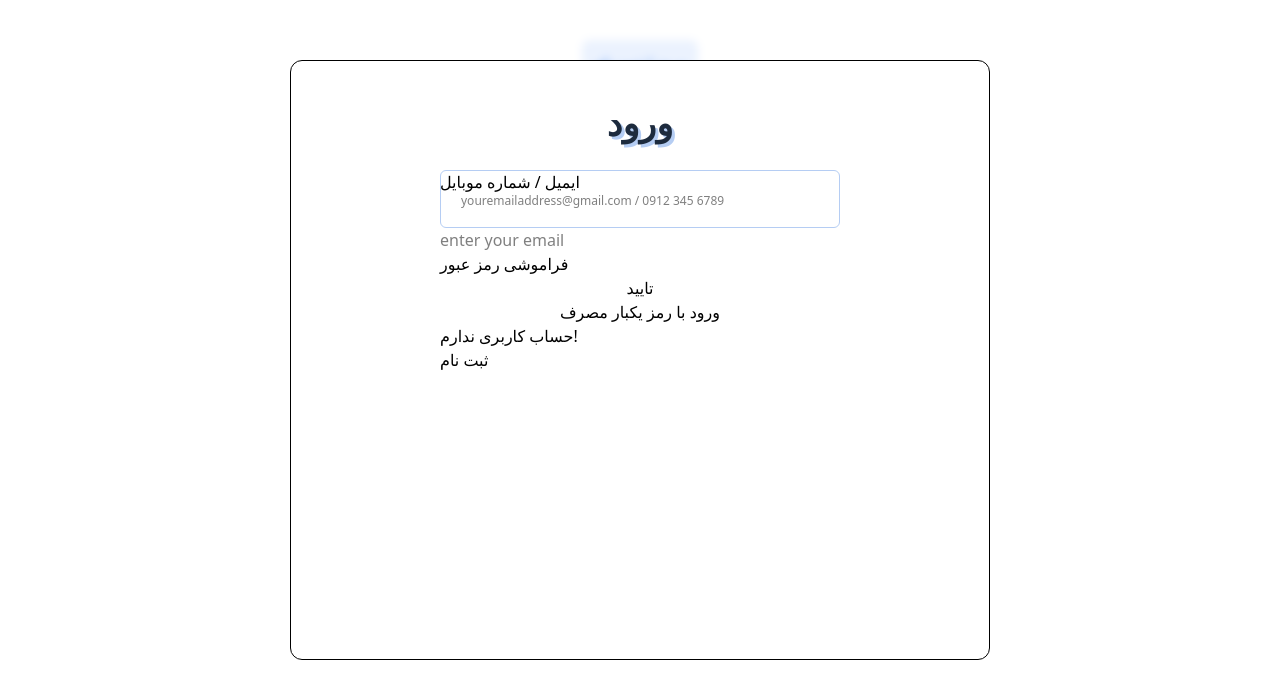
Repository: mohsenSarvariHero/AngularBase
Page: / (app in popup/), after clicking the first element matching `button.rounded-\[8px\]`
The author's editor kept a copy of each file at every save. The page is drawn from the files as they stood at one save, then again after the next save.
The browser window is 1280 px wide. The pictures show the whole page.
The project was rebuilt for these pictures with package versions that can differ from the ones it lists, and the page was loaded fresh each time.

Above is the page before, as saved 2025-03-23 13:16:05.

### popup/src/index.css
@import "tailwindcss";












/* :root {
  font-family: system-ui, Avenir, Helvetica, Arial, sans-serif;
  line-height: 1.5;
  font-weight: 400;

  color-scheme: light dark;
  color: rgba(255, 255, 255, 0.87);
  background-color: #242424;

  font-synthesis: none;
  text-rendering: optimizeLegibility;
  -webkit-font-smoothing: antialiased;
  -moz-osx-font-smoothing: grayscale;
}

a {
  font-weight: 500;
  color: #646cff;
  text-decoration: inherit;
}
a:hover {
  color: #535bf2;
}

body {
  margin: 0;
  display: flex;
  place-items: center;
  min-width: 320px;
  min-height: 100vh;
}

h1 {
  font-size: 3.2em;
  line-height: 1.1;
}

button {
  border-radius: 8px;
  border: 1px solid transparent;
  padding: 0.6em 1.2em;
  font-size: 1em;
  font-weight: 500;
  font-family: inherit;
  background-color: #1a1a1a;
  cursor: pointer;
  transition: border-color 0.25s;
}
button:hover {
  border-color: #646cff;
}
button:focus,
button:focus-visible {
  outline: 4px auto -webkit-focus-ring-color;
}

@media (prefers-color-scheme: light) {
  :root {
    color: #213547;
    background-color: #ffffff;
  }
  a:hover {
    color: #747bff;
  }
  button {
    background-color: #f9f9f9;
  }
} */

### popup/src/App.jsx

import './App.css'
import PopUp from './popUp/PopUp'
import React, { useState } from 'react';
function App() {
  const [showModal, setShowModal] = useState(false);

  return (
    <div className="flex justify-center mt-10 text-amber-50">
     <button className="rounded-[8px] bg-[#EBF2FE] cursor-pointer text-[#3B82F6] p-3" onClick={() => setShowModal(true)}>ورود / ثبت نام</button>

      {showModal && <PopUp onclose={()=>setShowModal(false)} />}
      </div>
  )
}

export default App

### popup/src/popUp/PopUp.jsx
// import { useState } from "react"

// export default function PopUp(){

//     const[openPopup,setopenPopup]=useState(false)
//     return(
//         <div>
//             {
//                 openPopup &&
//                 <div className="bg-amber-500">
//                 <div className="text-neutral-900">
//                     <h1>ورود</h1>
//                     <input type="text"/>
//                     <input type="submit"/>
//                     <button onClick={() => setOpenPopup(false)}>بستن</button>;

//                 </div>
//             </div>
//             }

//         </div>
//     )
// }

// export default function PopUp({ setOpenPopup }) {
//   return (
//     <div className="bg-amber-500">
//       <div className="text-neutral-900">
//         <h1>ورود</h1>
//         <input type="text" />
//         <input type="submit" />
//         <button onClick={() => setOpenPopup(false)}>close</button>

//         {/* دکمه بستن پاپ آپ */}
//       </div>
//     </div>
//   );
// }



import React, { useRef } from 'react';
import { X } from 'lucide-react';

function PopUp({onclose }) {
    const modalref=useRef();
    const closemodal= (e)=>{
        if(modalref.current===e.target){
            onclose();
        }
    }



  return (
    <div ref={modalref} onClick={closemodal} className="fixed inset-0 text-amber-50  backdrop-blur-xs flex justify-center items-center mb-5">
      <div className="mt-10 flex flex-col gap-5 text-black">
        <div className="rounded-xl bg-white flex flex-col gap-5 items-center mx-4 border-1 border-black w-[700px] h-[600px] mb-5">
          <h1 className='text-[#1d2b3e] text-[35px] font-bold mt-9 ' style={{ textShadow: '3px 3px 0px #B5CDF3' }}>ورود</h1>
          <form className='flex flex-col'>
            <div className='flex flex-col'>
            <label className='absolute ri'>ایمیل / شماره موبایل</label>
              <input type="email" placeholder="youremailaddress@gmail.com / 0912 345 6789" className='border-1 border-[#B5CDF3] rounded-md px-5 py-4 w-[400px] relative placeholder:text-[12px]'    required />
            </div>
            <input type="password" placeholder="enter your email" required />
            <a>فراموشی رمز عبور</a>
            <button type="submit">تایید</button>
            <button type="submit">ورود با رمز یکبار مصرف</button>
            <a>حساب کاربری ندارم!</a>
            <a>ثبت نام</a>
          </form>
        </div>
      </div>
    </div>
  );
}

export default PopUp;

Loaded but not shown: popup/index.html (common file); popup/src/main.jsx (common file); popup/src/App.css (common file)

After the next save:
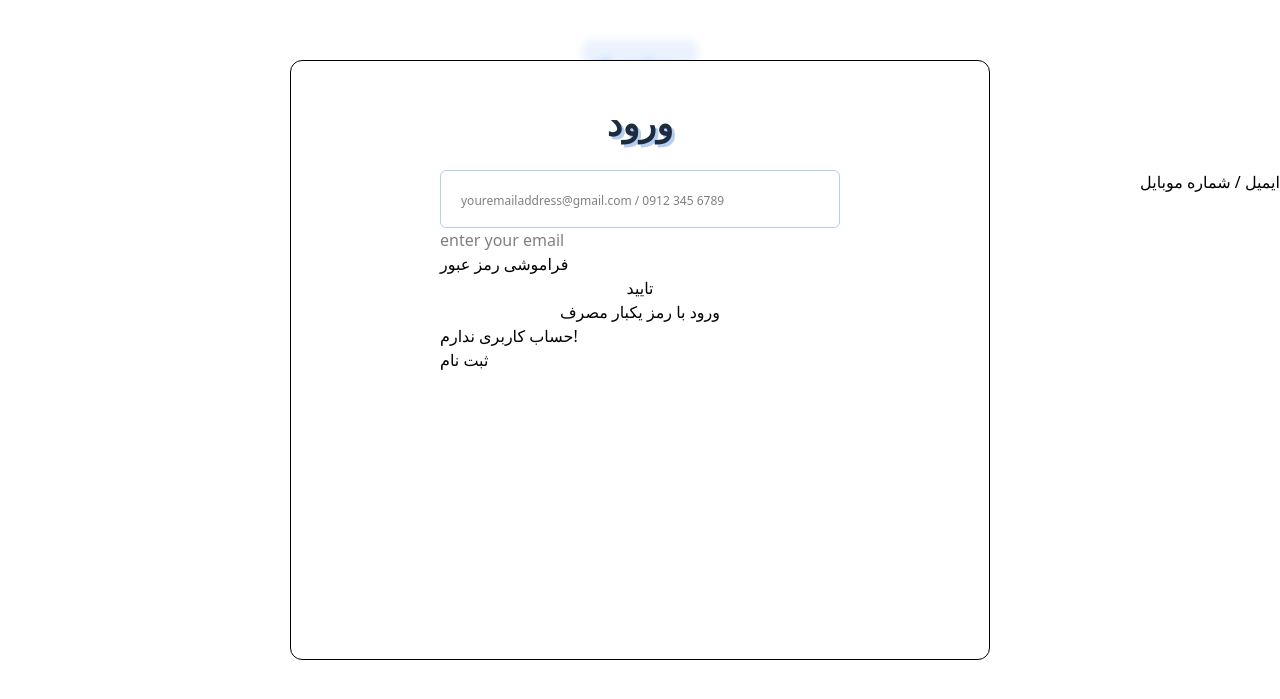
Saved 1 s later.
--- a/popup/src/popUp/PopUp.jsx
+++ b/popup/src/popUp/PopUp.jsx
@@ -59,7 +59,7 @@
           <h1 className='text-[#1d2b3e] text-[35px] font-bold mt-9 ' style={{ textShadow: '3px 3px 0px #B5CDF3' }}>ورود</h1>
           <form className='flex flex-col'>
             <div className='flex flex-col'>
-            <label className='absolute ri'>ایمیل / شماره موبایل</label>
+            <label className='absolute right-0'>ایمیل / شماره موبایل</label>
               <input type="email" placeholder="youremailaddress@gmail.com / 0912 345 6789" className='border-1 border-[#B5CDF3] rounded-md px-5 py-4 w-[400px] relative placeholder:text-[12px]'    required />
             </div>
             <input type="password" placeholder="enter your email" required />

After the save that followed:
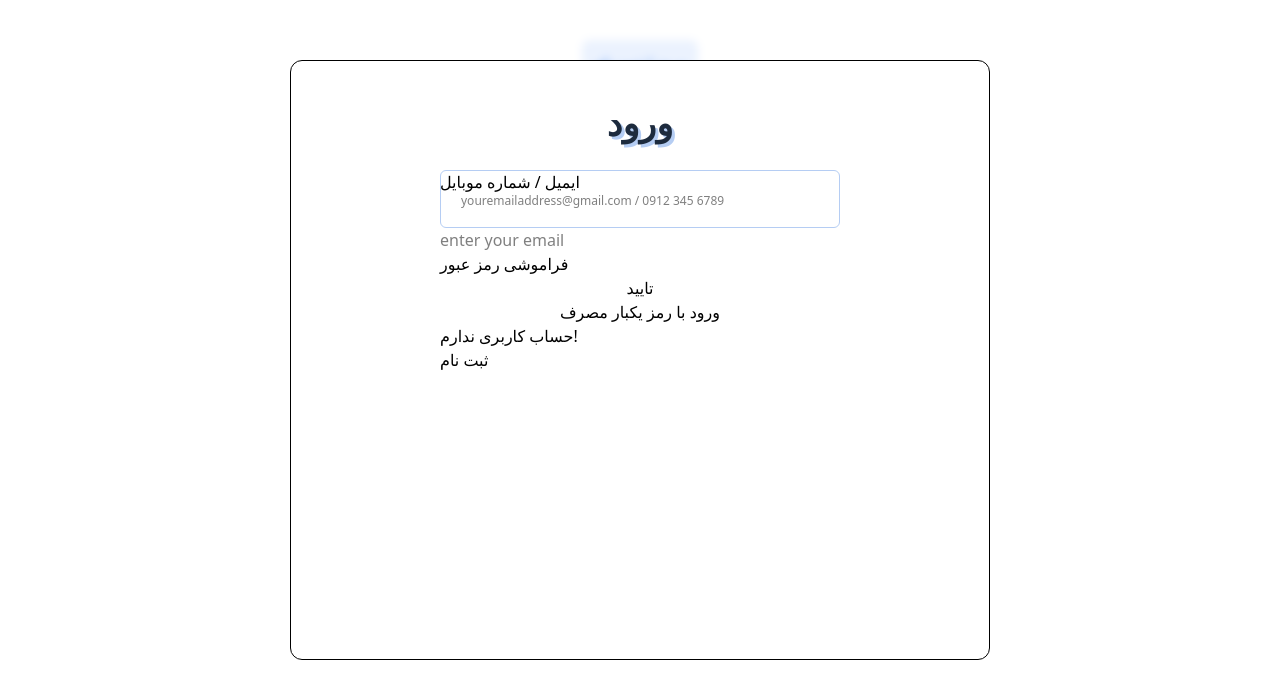
Saved 8 s later.
--- a/popup/src/popUp/PopUp.jsx
+++ b/popup/src/popUp/PopUp.jsx
@@ -59,7 +59,7 @@
           <h1 className='text-[#1d2b3e] text-[35px] font-bold mt-9 ' style={{ textShadow: '3px 3px 0px #B5CDF3' }}>ورود</h1>
           <form className='flex flex-col'>
             <div className='flex flex-col'>
-            <label className='absolute right-0'>ایمیل / شماره موبایل</label>
+            <label className='absolute '>ایمیل / شماره موبایل</label>
               <input type="email" placeholder="youremailaddress@gmail.com / 0912 345 6789" className='border-1 border-[#B5CDF3] rounded-md px-5 py-4 w-[400px] relative placeholder:text-[12px]'    required />
             </div>
             <input type="password" placeholder="enter your email" required />
